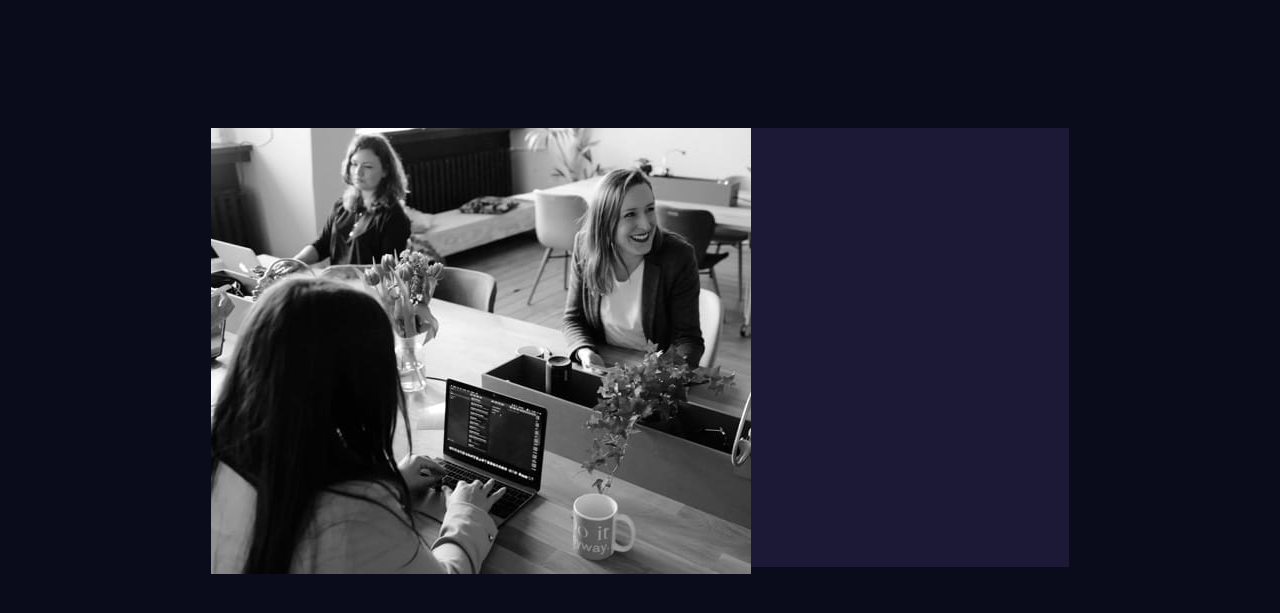
Repository: caique2512/componentes-de-estatisticas
Page: index.html
These files come from the project's save history. The page is drawn as it stood at one moment and after a run of saves; the edit follows.
The browser window is 1280 px wide. The pictures show the whole page.

Above is the page before, as saved 2026-03-03 17:52:03.

### index.html
<!DOCTYPE html>
<html lang="pt-br">
<head>
    <meta charset="UTF-8">
    <meta name="viewport" content="width=device-width, initial-scale=1.0">
    <title>Estatisticas</title>
    <link rel="stylesheet" href="src/reset.css">
    <link rel="stylesheet" href="src/estilos.css">
</head>
<body>
    <main class="conteudo">
        <div class="conteudo-principal">
            <h1 class="titulo">Obtenha <span>informações</span> que ajudarão sua empresa a crescer.</h1>
            <p class="subtitulo">Descubra os benefícios da análise de dados e tome decisões mais acertadas em relação a receitas, experiência do cliente e eficiência geral.</p>
            <ul class="estatisticas">
                <ul class="item1">
                    <li class="descricao">10k+</li>
                    <li>COMPANIES</li>
                </ul>
                <ul class="item2">
                    <li class="descricao">314</li>
                    <li>TEMPLATES</li>
                </ul>
                <ul class="item3">
                    <li class="descricao">12M+</li>
                    <li>QUERIES</li>
                </ul>
            </ul>
        </div>
        <picture class="img">
            <img src="./images/image-header-desktop.jpg" alt="Mulheres no escritório">
        </picture>
    </main>
</body>
</html>

### src/estilos.css
body {
    background-color: #0A0C1B;
}

.conteudo {
    background-color: #1C1937;
    display: flex;
    max-width: calc(100% - 33%);
    margin: 0 auto;
    margin-top: 10%;
}

.conteudo-principal {
    padding: 70px;
    width: 500px;
}

.conteudo-principal .titulo {
    color: white;
    font-weight: 100;
    font-family: 'Franklin Gothic Medium', 'Arial Narrow', Arial, sans-serif;
    margin-bottom: 20px;
}

.conteudo-principal .titulo span {
    color: #784B99;
}

.conteudo-principal .subtitulo {
    color: #74728e;
    font-family: Arial, Helvetica, sans-serif;
    line-height: 1.56rem;
}

.conteudo-principal .estatisticas {
    display: flex;
    gap: 70px;
    margin-top: 50px;
}

.conteudo-principal .estatisticas .descricao {
    color: white;
    list-style: none;
    font-size: 1.5rem;
    font-weight: 600;
    font-family: 'Franklin Gothic Medium', 'Arial Narrow', Arial, sans-serif;
}

.conteudo-principal .estatisticas li {
    color: #74728e;
    font-family: 'Franklin Gothic Medium', 'Arial Narrow', Arial, sans-serif;
    font-size: 0.8rem;
    list-style: none;
}

.conteudo .img img {
    width: 100%;
    height: 100%;
    position: relative;
}

.conteudo .img {
    position: absolute;

}

Loaded but not shown: src/reset.css (common file)

After the next 6 saves:
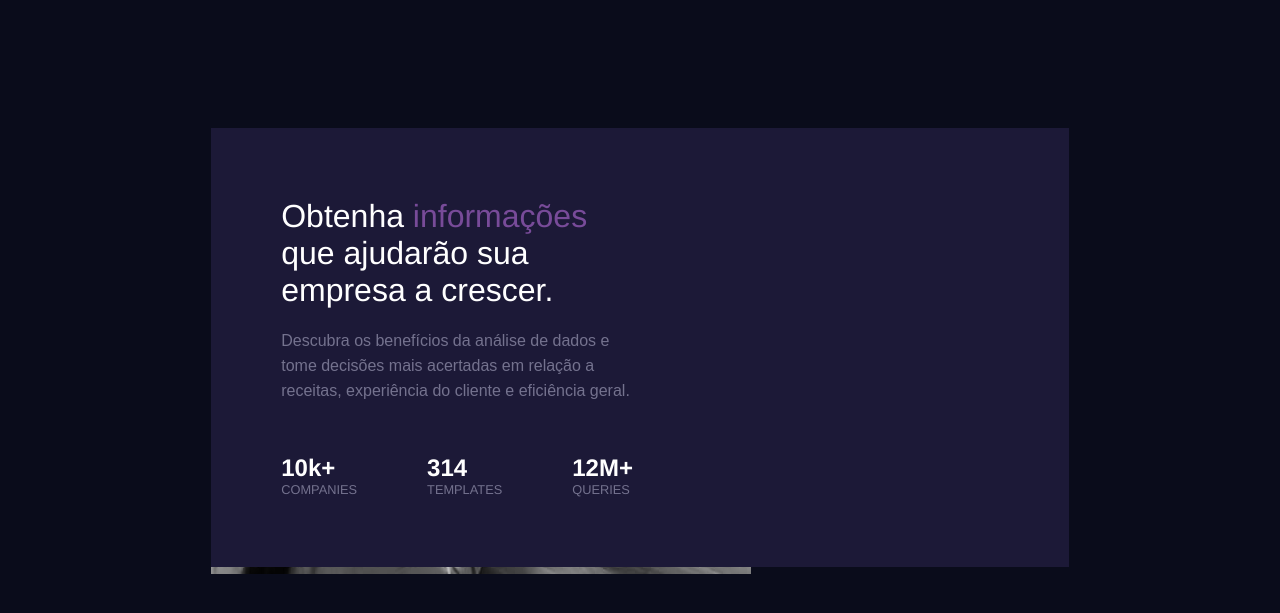
The 6 saves are shown as one change because they came seconds apart.
The last was saved 18 s later.
--- a/src/estilos.css
+++ b/src/estilos.css
@@ -61,5 +61,5 @@ body {
 
 .conteudo .img {
     position: absolute;
-
+    z-index: -99;
 }
